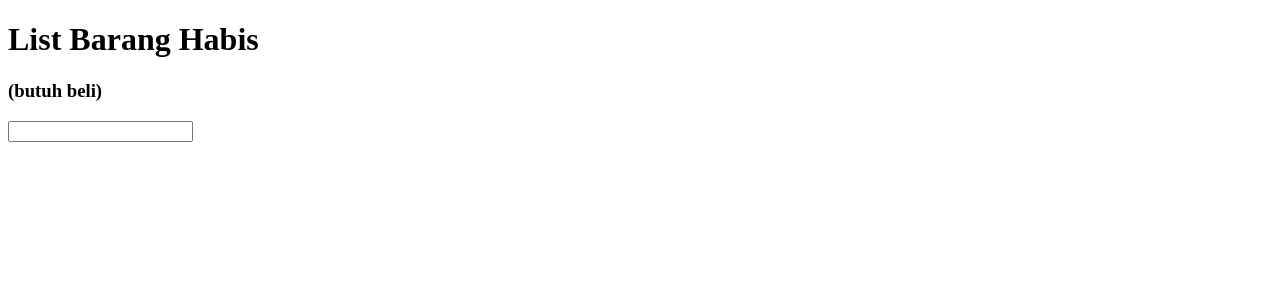
Repository: amorysdeo/dirumah
Page: index.html
The author's editor kept a copy of each file at every save. The page is drawn from the files as they stood at one save, then again after a run of saves.
The browser window is 1280 px wide. The pictures show the whole page.

Above is the page before, as saved 2025-11-27 11:37:15.

After the next 2 saves:
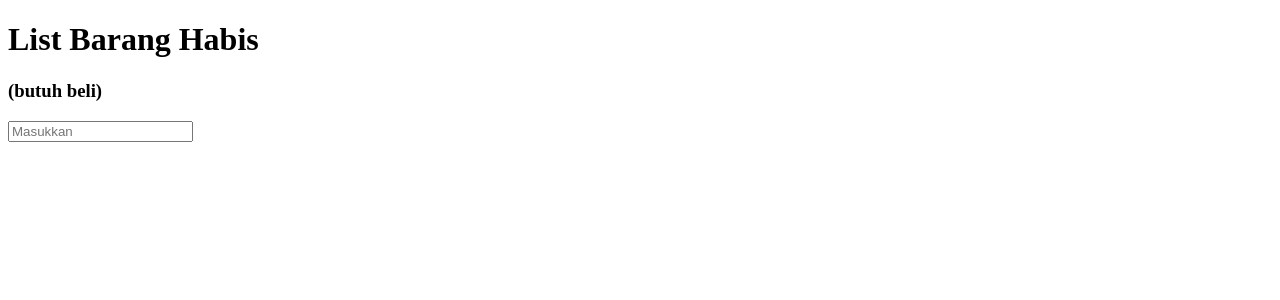
The 2 saves are shown as one change because they came seconds apart.
The last was saved 13 s later.
--- a/index.html
+++ b/index.html
@@ -12,7 +12,7 @@
             <h3>(butuh beli)</h3>
         </div>
         <div id="inputan">
-            <input type="text" id="barang">
+            <input type="text" id="barang" name="barang" placeholder="Masukkan ">
         </div>
     </div>
 
